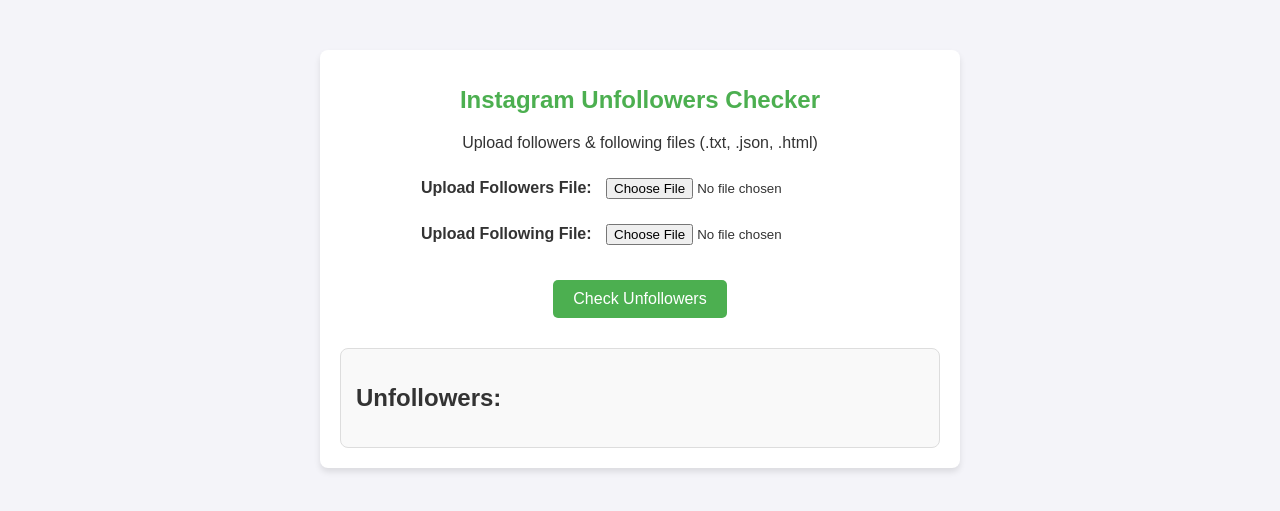
Repository: GiraldoNainggolan/IUC
Page: index.html
These files come from the project's save history. The page is drawn as it stood at one moment and after the next save; the edit follows.
The browser window is 1280 px wide. The pictures show the whole page.

Above is the page before, as saved 2025-02-04 15:58:45.

After the next save:
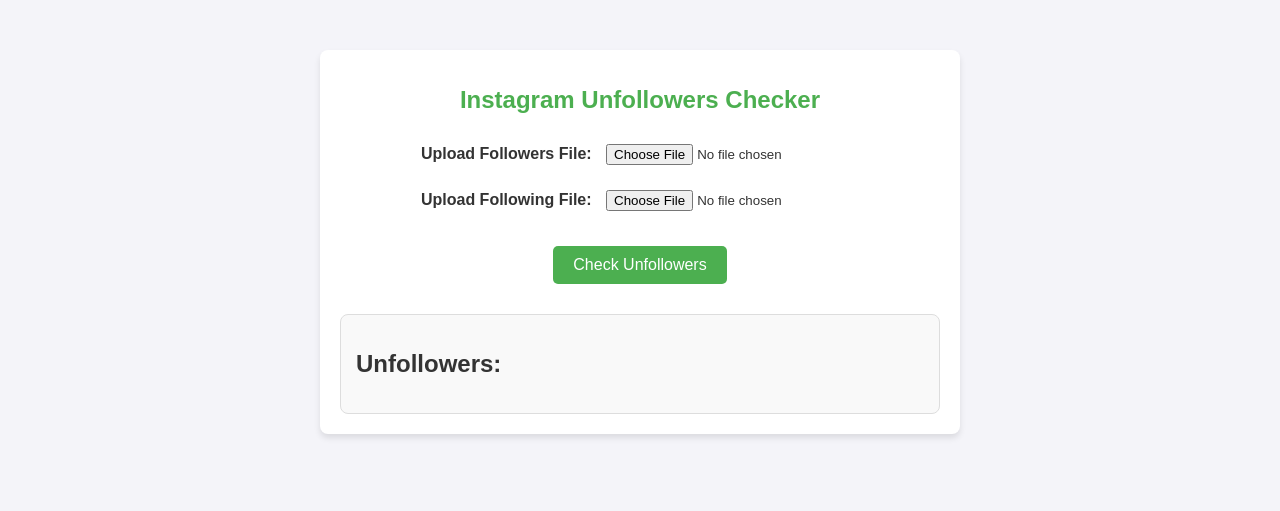
Saved 68 s later.
--- a/index.html
+++ b/index.html
@@ -9,26 +9,18 @@
 <body>
     <div class="container">
         <h1>Instagram Unfollowers Checker</h1>
-        <p>Upload followers & following files (.txt, .json, .html)</p>
-
         <div class="upload-section">
             <label for="followersFile">Upload Followers File:</label>
-            <input type="file" id="followersFile" accept=".txt, .json, .html">
+            <input type="file" id="followersFile" accept=".txt">
         </div>
         <div class="upload-section">
             <label for="followingFile">Upload Following File:</label>
-            <input type="file" id="followingFile" accept=".txt, .json, .html">
+            <input type="file" id="followingFile" accept=".txt">
         </div>
         <button id="checkUnfollowers">Check Unfollowers</button>
-
         <div id="result" class="result">
             <h2>Unfollowers:</h2>
             <ul id="unfollowersList"></ul>
-        </div>
-
-        <div id="loading" class="loading" style="display: none;">
-            <div class="spinner"></div>
-            <p>Processing...</p>
         </div>
     </div>
     <script src="script.js"></script>

After the save that followed:
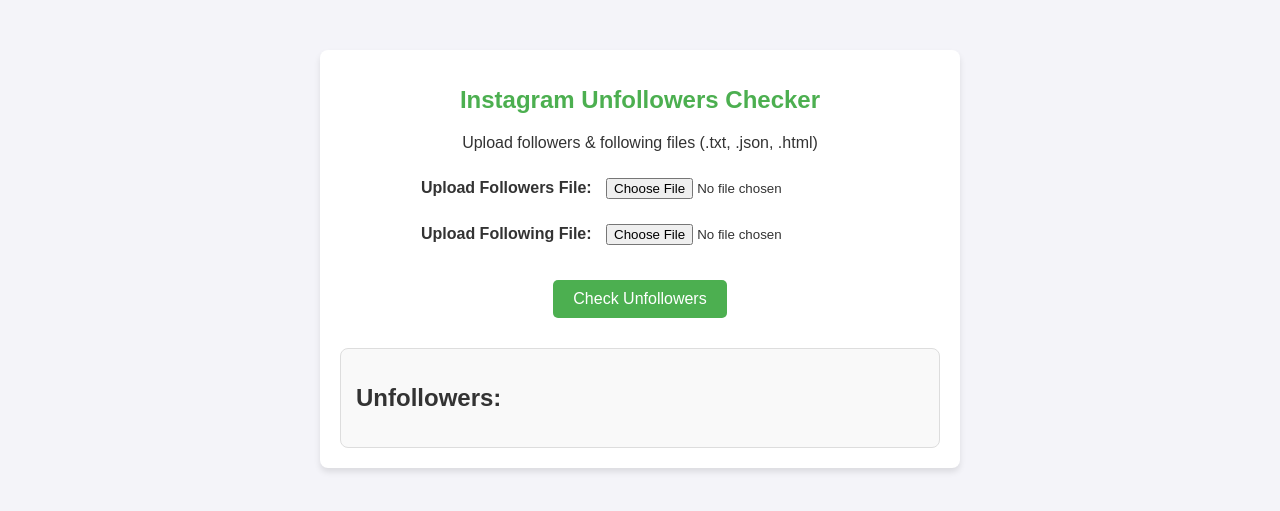
Saved 47 s later.
--- a/index.html
+++ b/index.html
@@ -9,15 +9,18 @@
 <body>
     <div class="container">
         <h1>Instagram Unfollowers Checker</h1>
+        <p>Upload followers & following files (.txt, .json, .html)</p>
+
         <div class="upload-section">
             <label for="followersFile">Upload Followers File:</label>
-            <input type="file" id="followersFile" accept=".txt">
+            <input type="file" id="followersFile" accept=".txt, .json, .html">
         </div>
         <div class="upload-section">
             <label for="followingFile">Upload Following File:</label>
-            <input type="file" id="followingFile" accept=".txt">
+            <input type="file" id="followingFile" accept=".txt, .json, .html">
         </div>
         <button id="checkUnfollowers">Check Unfollowers</button>
+
         <div id="result" class="result">
             <h2>Unfollowers:</h2>
             <ul id="unfollowersList"></ul>
